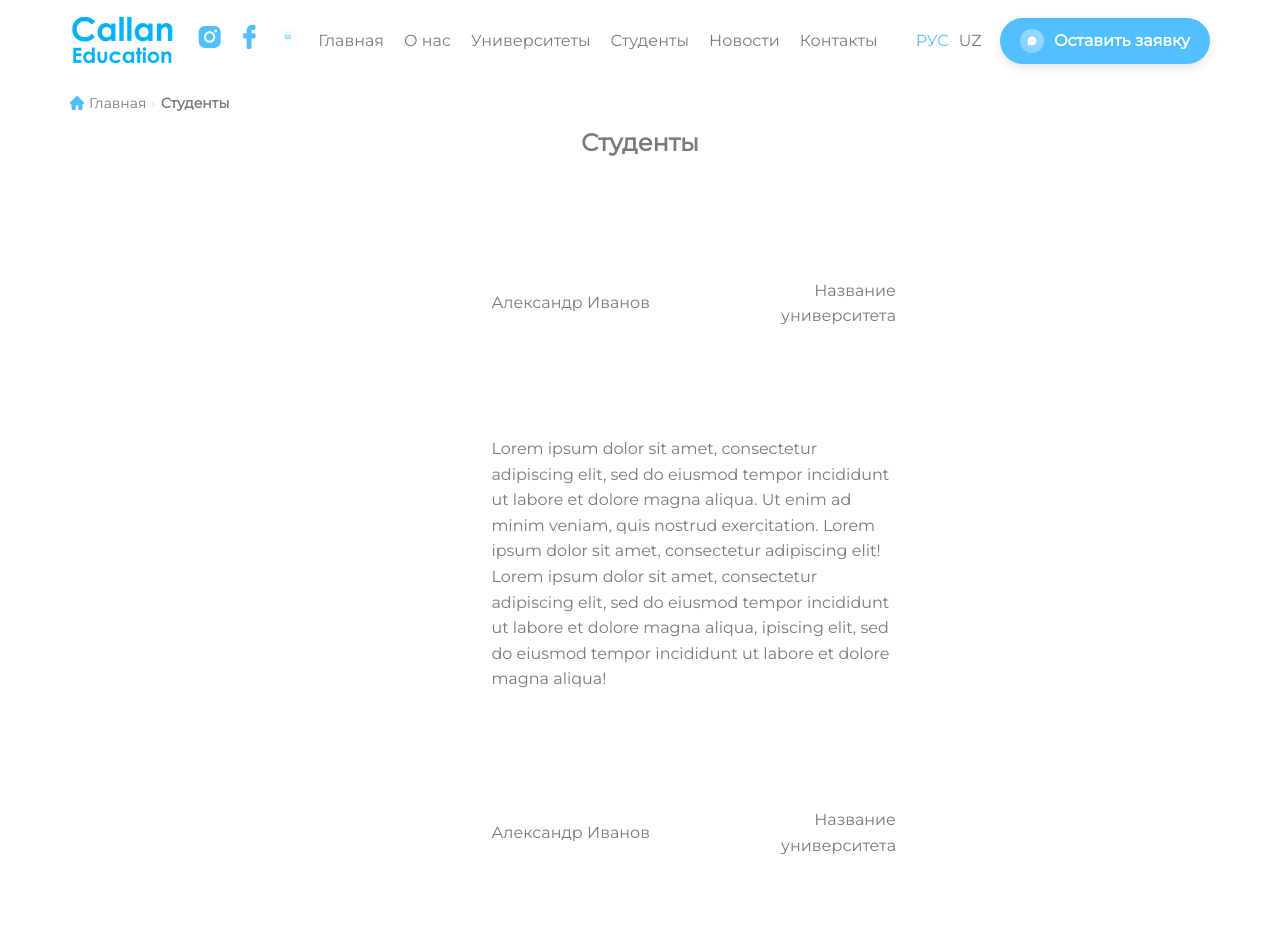
Repository: olyakorzh/Team-project-1
Page: assets/pages/students.html
These files come from the project's save history. The page is drawn as it stood at one moment and after a run of saves; the edit follows.
The browser window is 1280 px wide. The pictures show the part of the page from y = 0 to 952 px (the page is 3220 px tall before and 3317 px after).
A picture or video elsewhere on the page could not be fetched, so the positions and the page height are approximate.

Above is the page before, as saved 2024-12-08 11:28:30.

After the next 3 saves:
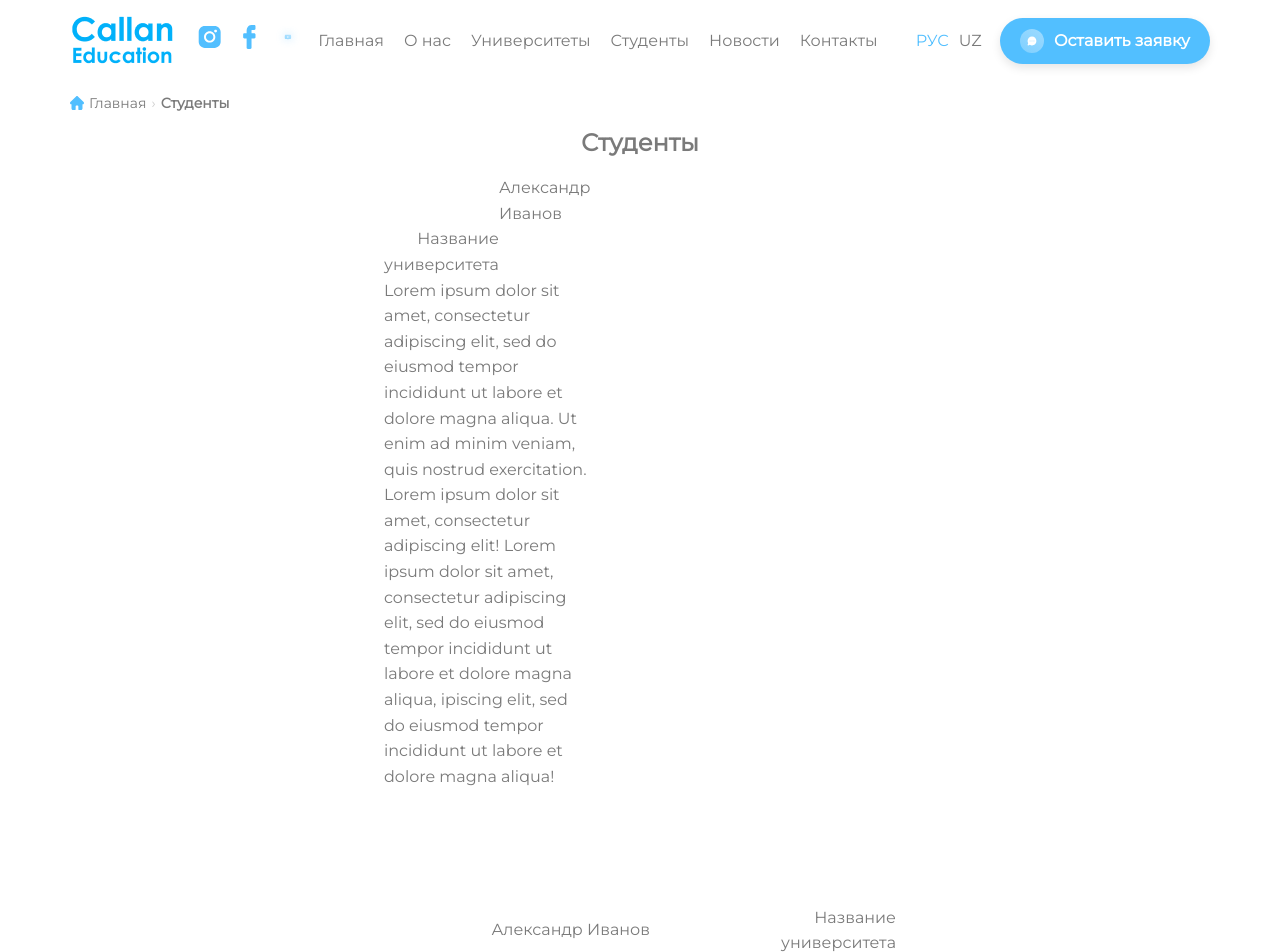
The 3 saves are shown as one change because they came seconds apart.
The last was saved 15 s later.
--- a/assets/pages/students.html
+++ b/assets/pages/students.html
@@ -105,7 +105,7 @@
           <h2>Студенты</h2>
           <div class="basic">
           <div class="containerstudent">
-          <div class="block_foto"></div>
+          <div class="block_foto"><div class=""></div>
           <div class="block1">Александр Иванов</div>
           <div class="block2">Название университета</div>
           <div class="block3">Lorem ipsum dolor sit amet, consectetur adipiscing elit, sed do eiusmod tempor incididunt ut labore et dolore magna aliqua. Ut enim ad minim veniam, quis nostrud exercitation. Lorem ipsum dolor sit amet, consectetur adipiscing elit! Lorem ipsum dolor sit amet, consectetur adipiscing elit, sed do eiusmod tempor incididunt ut labore et dolore magna aliqua, ipiscing elit, sed do eiusmod tempor incididunt ut labore et dolore magna aliqua!</div>

After the 5 saves that followed:
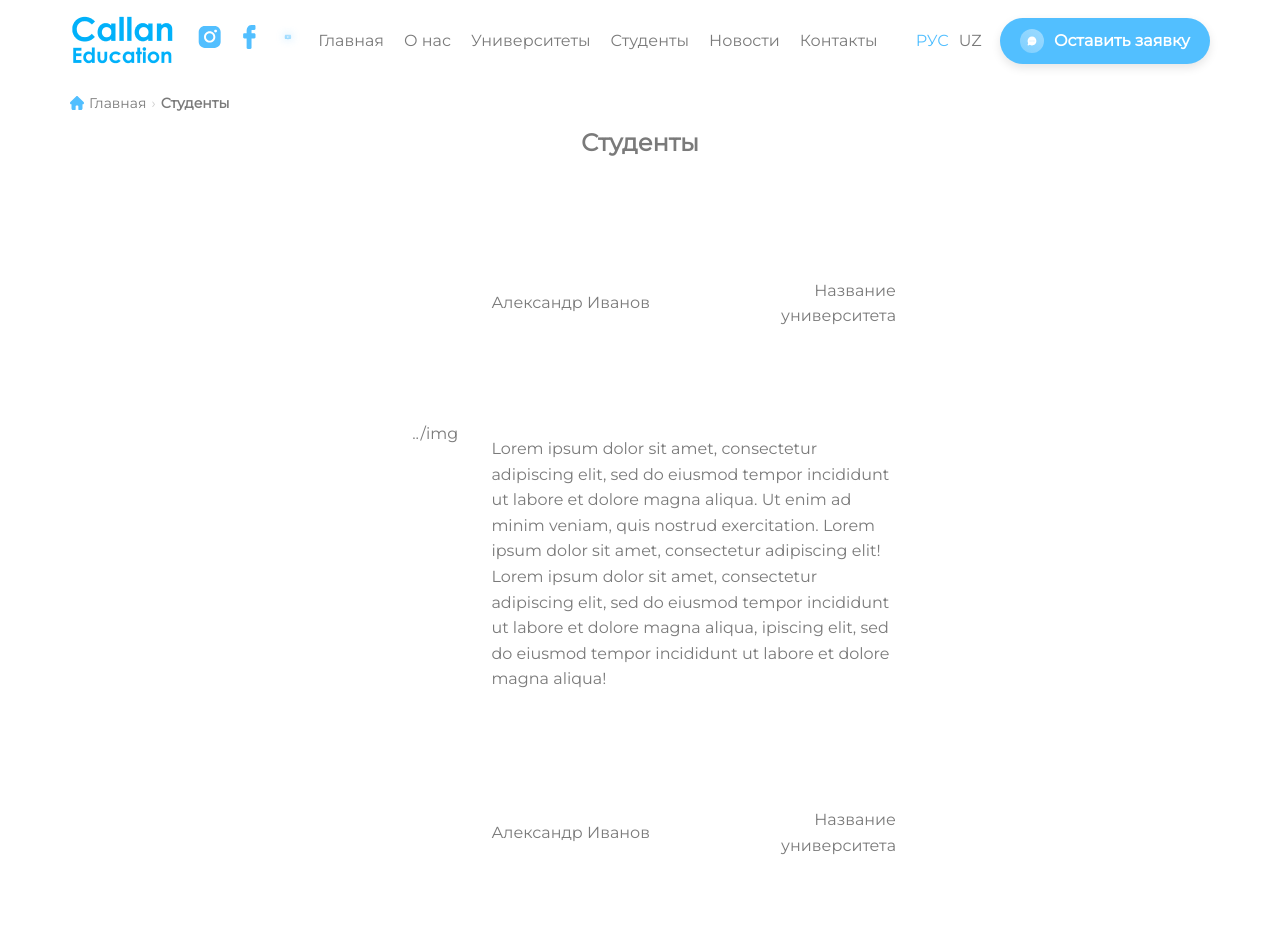
The 5 saves are shown as one change because they came seconds apart.
The last was saved 10 s later.
--- a/assets/pages/students.html
+++ b/assets/pages/students.html
@@ -105,7 +105,7 @@
           <h2>Студенты</h2>
           <div class="basic">
           <div class="containerstudent">
-          <div class="block_foto"><div class=""></div>
+          <div class="block_foto">../img</div>
           <div class="block1">Александр Иванов</div>
           <div class="block2">Название университета</div>
           <div class="block3">Lorem ipsum dolor sit amet, consectetur adipiscing elit, sed do eiusmod tempor incididunt ut labore et dolore magna aliqua. Ut enim ad minim veniam, quis nostrud exercitation. Lorem ipsum dolor sit amet, consectetur adipiscing elit! Lorem ipsum dolor sit amet, consectetur adipiscing elit, sed do eiusmod tempor incididunt ut labore et dolore magna aliqua, ipiscing elit, sed do eiusmod tempor incididunt ut labore et dolore magna aliqua!</div>
